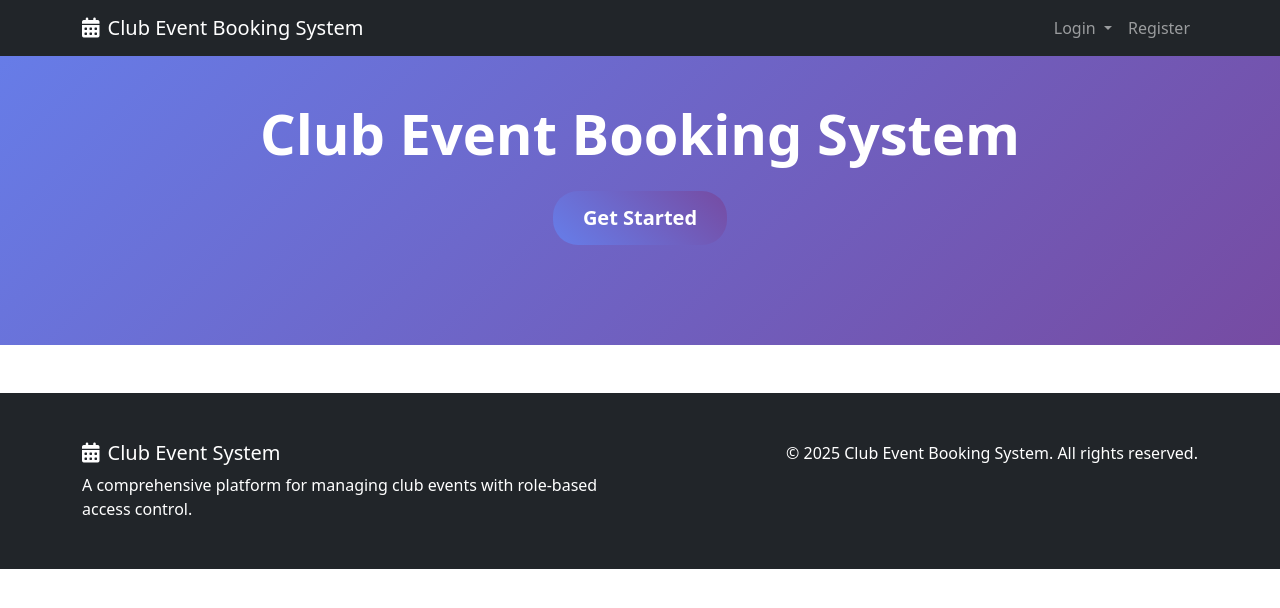
Repository: vipinsamy-sys/clubevent
Page: public/index.html
The author's editor kept a copy of each file at every save. The page is drawn from the files as they stood at one save, then again after a run of saves.
The browser window is 1280 px wide. The pictures show the whole page.

Above is the page before, as saved 2025-10-20 14:24:04.

### public/index.html
<!DOCTYPE html>
<html lang="en">
<head>
    <meta charset="UTF-8">
    <meta name="viewport" content="width=device-width, initial-scale=1.0">
    <title>Club Event Booking System</title>
    <link href="https://cdn.jsdelivr.net/npm/bootstrap@5.3.3/dist/css/bootstrap.min.css" rel="stylesheet">
    <link rel="stylesheet" href="https://cdnjs.cloudflare.com/ajax/libs/font-awesome/6.5.0/css/all.min.css">
    <style>
        .main-section {
            background: linear-gradient(135deg, #667eea 0%, #764ba2 100%);
            color: white;
            padding: 100px 0;
            text-align: center;
        }
        .btn-custom {
            background: linear-gradient(45deg, #667eea, #764ba2);
            border: none;
            border-radius: 25px;
            padding: 12px 30px;
            color: white;
            font-weight: 600;
            transition: all 0.3s ease;
        }
        .btn-custom:hover {
            transform: translateY(-2px);
            box-shadow: 0 5px 15px rgba(0, 0, 0, 0.2);
            color: white;
        }

        /* Popup custom styling */
        .custom-modal {
            background: linear-gradient(135deg, #667eea, #764ba2);
            color: white;
            border-radius: 15px;
            box-shadow: 0 8px 25px rgba(0,0,0,0.3);
        }
        .custom-modal .btn-primary {
            background-color: #ff6b6b; /* Register button */
            border: none;
        }
        .custom-modal .btn-primary:hover {
            background-color: #ff4b4b;
        }
        .custom-modal .btn-secondary {
            background-color: #4caf50; /* Login button */
            border: none;
        }
        .custom-modal .btn-secondary:hover {
            background-color: #3e8e41;
        }
    </style>
</head>
<body>
    <!-- Navigation -->
    <nav class="navbar navbar-expand-lg navbar-dark bg-dark fixed-top">
        <div class="container">
            <a class="navbar-brand" href="#"><i class="fas fa-calendar-alt me-2"></i>Club Event Booking System</a>
            <button class="navbar-toggler" type="button" data-bs-toggle="collapse" data-bs-target="#navbarNav">
                <span class="navbar-toggler-icon"></span>
            </button>
            <div class="collapse navbar-collapse" id="navbarNav">
                <ul class="navbar-nav ms-auto">
                    <li class="nav-item dropdown">
                        <a class="nav-link dropdown-toggle" href="#" id="loginDropdown" role="button" data-bs-toggle="dropdown">
                            Login
                        </a>
                        <ul class="dropdown-menu">
                            <li><a class="dropdown-item" href="student-login.html"><i class="fas fa-user-graduate me-2"></i>Student Login</a></li>
                            <li><a class="dropdown-item" href="admin-login.html"><i class="fas fa-user-shield me-2"></i>Admin Login</a></li>
                            <li><a class="dropdown-item" href="faculty-login.html"><i class="fas fa-chalkboard-teacher me-2"></i>Faculty Login</a></li>
                        </ul>
                    </li>
                    <li class="nav-item">
                        <a class="nav-link" href="register.html">Register</a>
                    </li>
                </ul>
            </div>
        </div>
    </nav>

    <!-- Main Section -->
    <section class="main-section">
        <div class="container">
            <h1 class="display-4 fw-bold mb-4">Club Event Booking System</h1>
            <!-- Get Started Button triggers modal -->
            <button type="button" class="btn btn-custom btn-lg" data-bs-toggle="modal" data-bs-target="#getStartedModal">
                Get Started
            </button>
        </div>
    </section>

    <!-- Get Started Modal -->
    <div class="modal fade" id="getStartedModal" tabindex="-1" aria-labelledby="getStartedModalLabel" aria-hidden="true">
        <div class="modal-dialog modal-dialog-centered">
            <div class="modal-content custom-modal p-4">
                <div class="modal-header border-0">
                    <h5 class="modal-title" id="getStartedModalLabel">Welcome!</h5>
                    <button type="button" class="btn-close btn-close-white" data-bs-dismiss="modal" aria-label="Close"></button>
                </div>
                <div class="modal-body text-center">
                    <p class="mb-3">Select your role to login:</p>
                    <div class="d-flex justify-content-center gap-3 mb-3">
                        <a href="student-login.html" class="btn btn-secondary">Student</a>
                        <a href="admin-login.html" class="btn btn-secondary">Admin</a>
                        <a href="faculty-login.html" class="btn btn-secondary">Faculty</a>
                    </div>
                    <hr class="border-light">
                    <p class="mb-2">Or register if you are new:</p>
                    <a href="register.html" class="btn btn-primary">Register</a>
                </div>
            </div>
        </div>
    </div>

    <!-- Footer -->
    <footer class="bg-dark text-white py-5 mt-5">
        <div class="container">
            <div class="row">
                <div class="col-lg-6">
                    <h5><i class="fas fa-calendar-alt me-2"></i>Club Event System</h5>
                    <p class="mb-0">A comprehensive platform for managing club events with role-based access control.</p>
                </div>
                <div class="col-lg-6 text-lg-end">
                    <p class="mb-0">&copy; 2025 Club Event Booking System. All rights reserved.</p>
                </div>
            </div>
        </div>
    </footer>

    <script src="https://cdn.jsdelivr.net/npm/bootstrap@5.3.3/dist/js/bootstrap.bundle.min.js"></script>
</body>
</html>

After the next 2 saves:
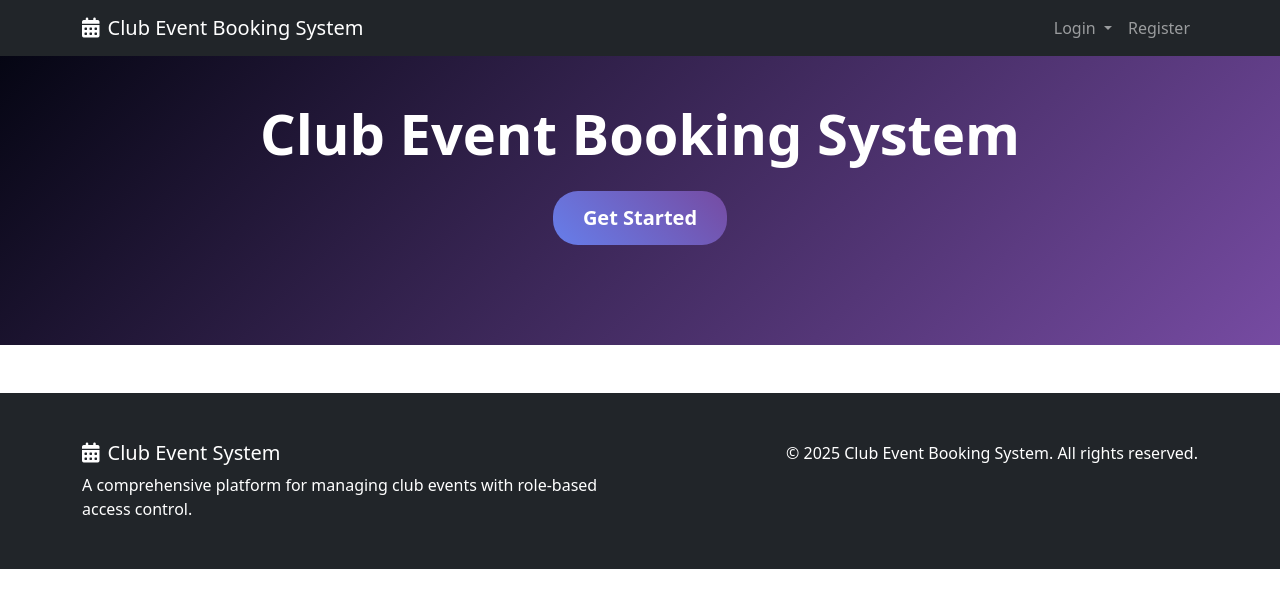
The 2 saves are shown as one change because they came seconds apart.
The last was saved 111 s later.
--- a/public/index.html
+++ b/public/index.html
@@ -8,7 +8,7 @@
     <link rel="stylesheet" href="https://cdnjs.cloudflare.com/ajax/libs/font-awesome/6.5.0/css/all.min.css">
     <style>
         .main-section {
-            background: linear-gradient(135deg, #667eea 0%, #764ba2 100%);
+            background: linear-gradient(135deg, #01030e 0%, #764ba2 100%);
             color: white;
             padding: 100px 0;
             text-align: center;
